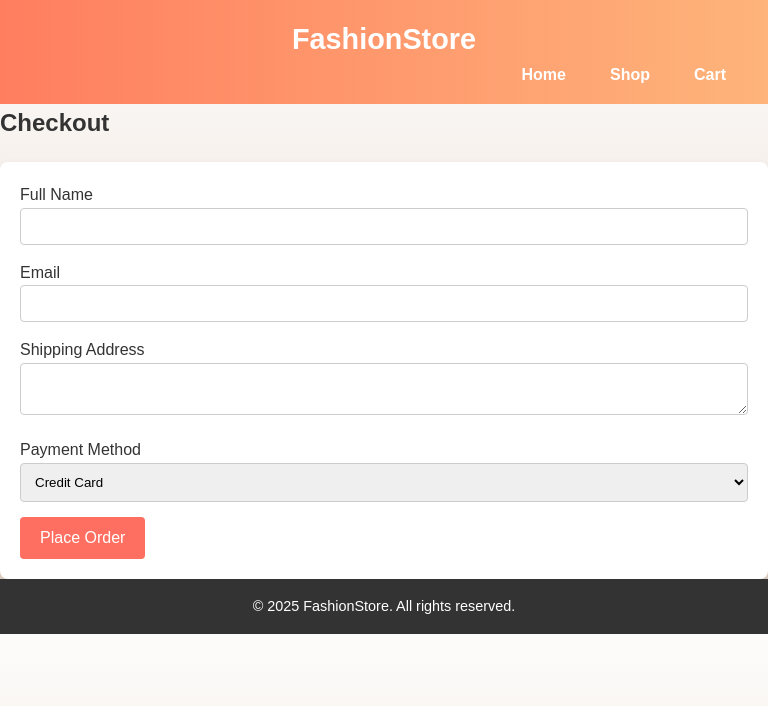
Repository: Patience225/ecommerce-app
Page: checkout.html
An editor plug-in stored every save of this project. The page is shown before and after the next save, followed by the edit.
The browser window is 768 px wide. The pictures show the whole page.

Above is the page before, as saved 2025-01-28 03:19:26.

After the next save:
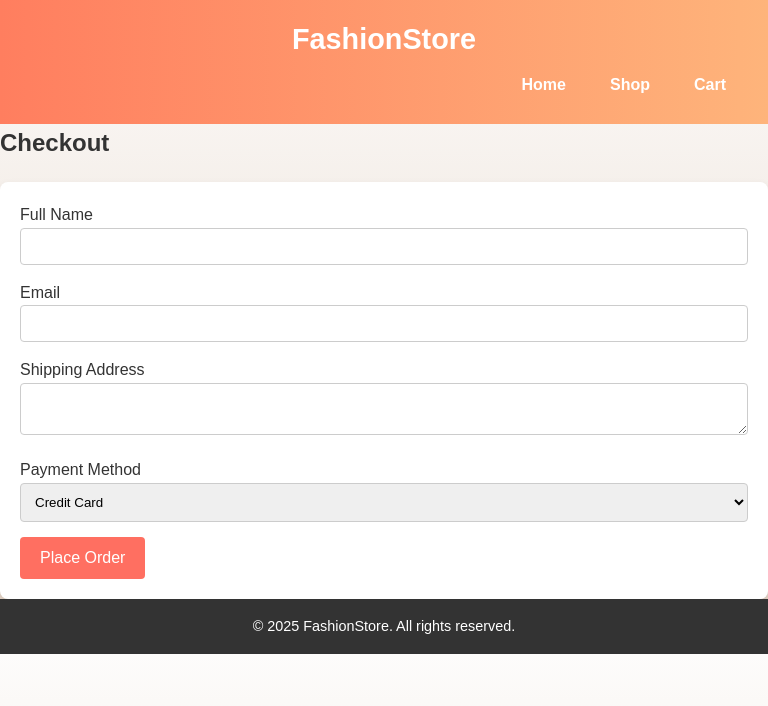
Saved 4 s later.
--- a/css/styles.css
+++ b/css/styles.css
@@ -349,6 +349,22 @@ button:hover {
   animation: fadeIn 0.5s ease-in-out;
 }
 
+/* Responsive Design */
+@media (max-width: 768px) {
+  .products-container {
+      flex-direction: column;
+      align-items: center;
+  }
+
+  .product-item {
+      width: 90%;
+  }
+
+  nav a {
+      display: block;
+      margin: 10px 0;
+  }
+}
 
 
 /* Footer */
